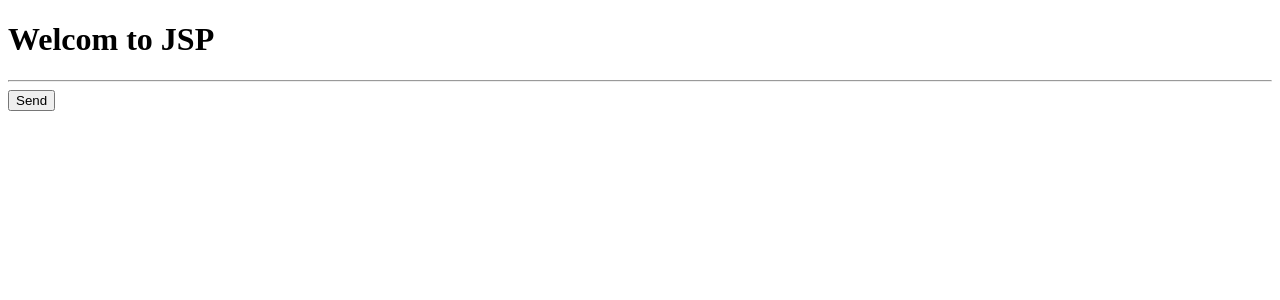
Repository: vadhub/JSP-Service
Page: http://localhost/JSPage/
An editor plug-in stored every save of this project. The page is shown before and after the next save, followed by the edit.
The browser window is 1280 px wide. The pictures show the whole page.
The page is served by Tomcat 9.

Above is the page before, as saved 2019-07-21 03:16:32.

After the next save:
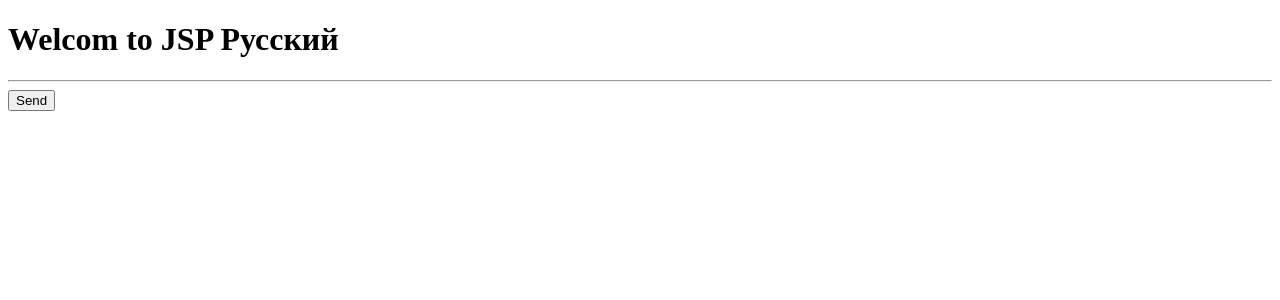
Saved 2 min 55 s later.
--- a/JSPage/WebContent/index.jsp
+++ b/JSPage/WebContent/index.jsp
@@ -3,10 +3,10 @@
 <html>
 <head>
 <meta charset="utf-8">
-<title>Insert title here</title>
+<title>Service</title>
 </head>
 <body>
-<h1>Welcom to JSP</h1>
+<h1>Welcom to JSP Русский</h1>
 <hr/>
 <form action="Servleter">
 	<input type ="submit" value="Send"/>
